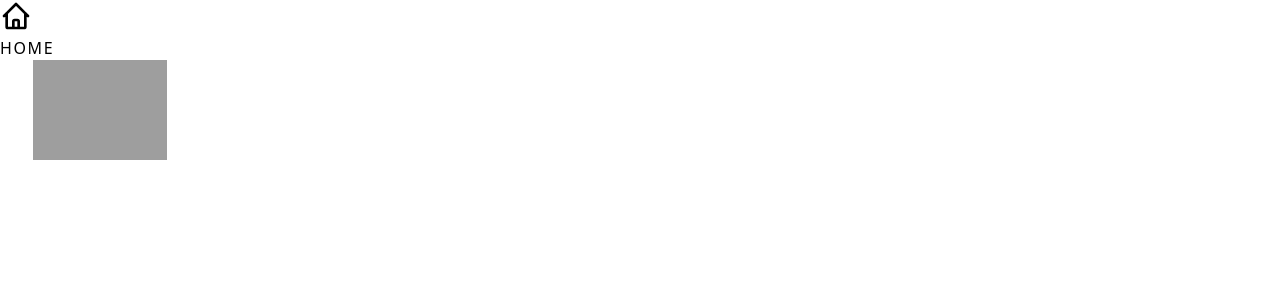
Repository: jafredk/hulu-2
Page: /
An editor plug-in stored every save of this project. The page is shown before and after the next save, followed by the edit.
The browser window is 1280 px wide. The pictures show the whole page.
Pictures or frames that could not be fetched are drawn as grey boxes. The project was rebuilt for these pictures with package versions that can differ from the ones it lists, and the page was loaded fresh each time. The framework's server and built-in components were replaced by stand-ins that run in the browser. Also part of the build but not shown: next.config.js.

Above is the page before, as saved 2021-11-01 13:29:05.

After the next save:
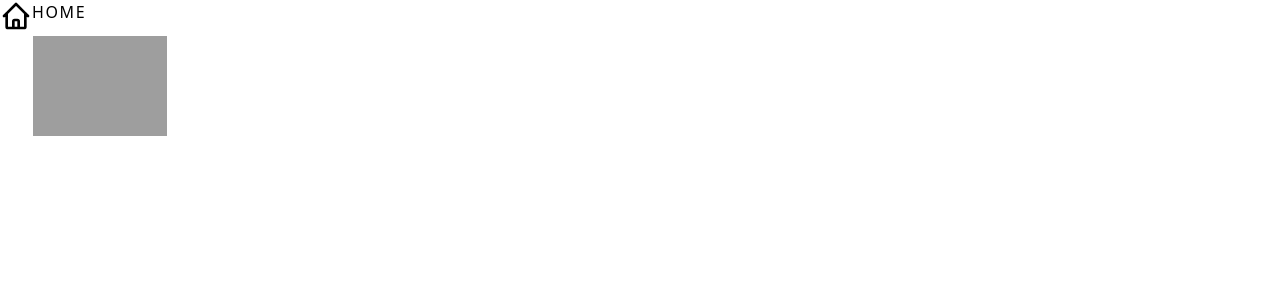
Saved 11 s later.
--- a/components/HeaderItem.js
+++ b/components/HeaderItem.js
@@ -1,6 +1,6 @@
 function HeaderItem({ Icon, title }) {
     return (
-        <div className="group">
+        <div className=" flex group">
             <Icon className="h-8 mb-1 " />
             <p className=" opacity-100 group-hover:opacity-100  tracking-widest">{title}</p>
         </div>
